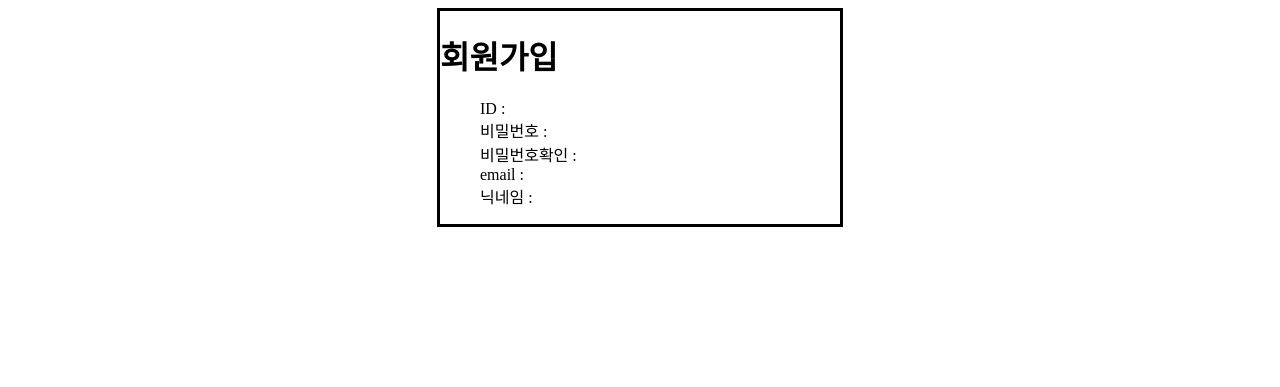
Repository: MySunTY/JSP
Page: http://localhost/PRAC/
An editor plug-in stored every save of this project. The page is shown before and after the next save, followed by the edit.
The browser window is 1280 px wide. The pictures show the whole page.
The page is served by Tomcat 9.

Above is the page before, as saved 2024-05-10 07:06:44.

### PRAC/src/main/webapp/index.jsp
<%@ page language="java" contentType="text/html; charset=utf-8"
    pageEncoding="utf-8"%>
<!DOCTYPE html>
<html>
	<head>
		<meta charset="utf-8">
		<title>회원가입</title>
		<style>
			#wrap{
				width: 400px;
				border: 3px solid black;

				margin : 0 auto;
			}
			li{
				list-style : none;
			}
			.desc{
				width: 200px;
			}
		</style>
	</head>
	<body>
		<div id="wrap">
			<div class="title">
				<h1>회원가입</h1>
			</div>
			<div class="desc">
				<ul>
					<li>ID :</li>
					<li>비밀번호 :</li>
					<li>비밀번호확인 :</li>
					<li>email :</li>
					<li>닉네임 :</li>

				</ul>
			</div>

		</div>

	</body>
</html>

After the next save:
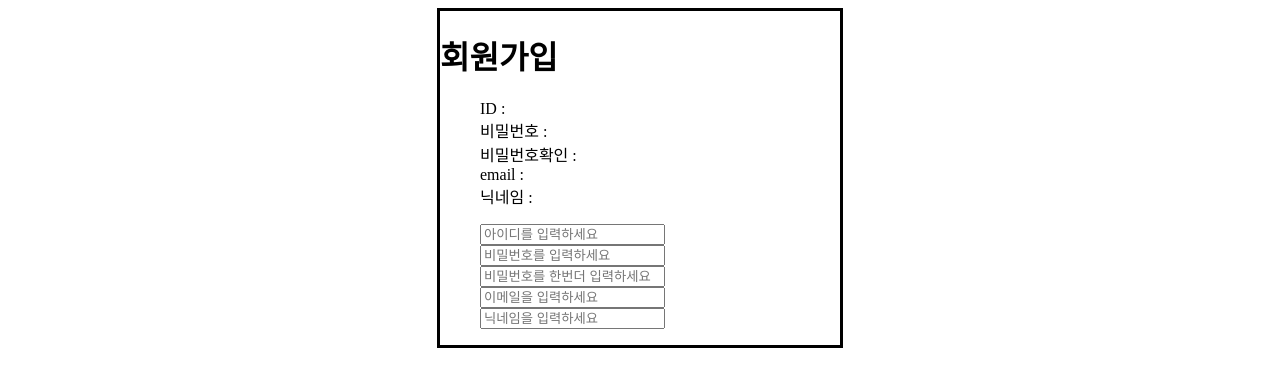
Saved 4 min 46 s later.
--- a/PRAC/src/main/webapp/index.jsp
+++ b/PRAC/src/main/webapp/index.jsp
@@ -35,6 +35,29 @@
 
 				</ul>
 			</div>
+			<div class="inputs">
+				<ul>
+					<li>
+						<input type="text" name="id" placeholder="아이디를 입력하세요">
+					</li>
+					<li>
+						<input type="password" name="pw" placeholder="비밀번호를 입력하세요">
+					</li>
+					<li>
+						<input type="password" name="repw" placeholder="비밀번호를 한번더 입력하세요">
+					</li>
+					<li>
+						<input type="email" name="email" placeholder="이메일을 입력하세요">
+					</li>
+					<li>
+						<input type="text" name="nickName" placeholder="닉네임을 입력하세요">
+					</li>
+
+
+
+
+				</ul>
+			</div>
 
 		</div>
 
